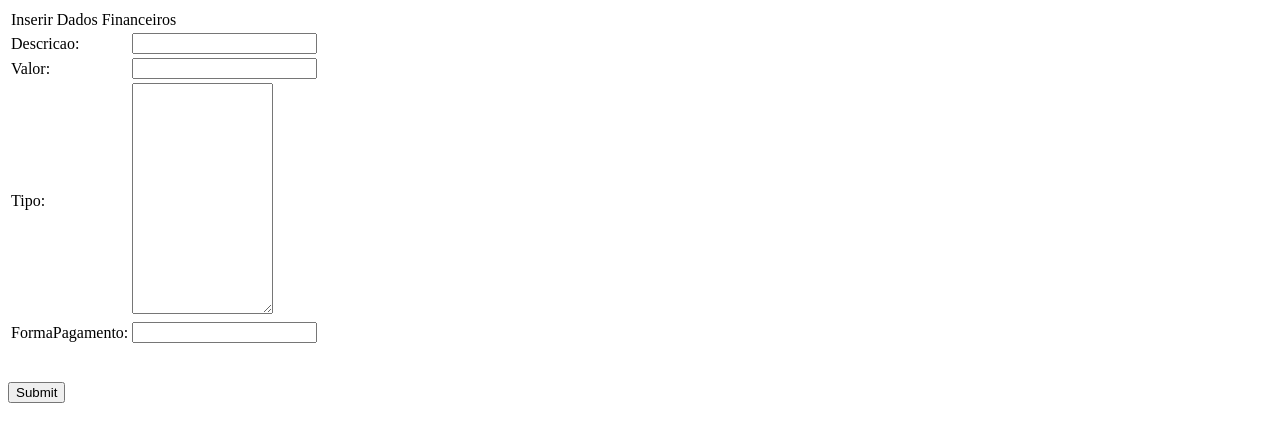
Repository: TadeuN1/PersonalProject-mySQL-eclipseIDE
Page: Movimentacoes/src/main/webapp/InfoMovimentacoes.html
The author's editor kept a copy of each file at every save. The page is drawn from the files as they stood at one save, then again after the next save.
The browser window is 1280 px wide. The pictures show the whole page.

Above is the page before, as saved 2023-06-28 20:14:49.

### Movimentacoes/src/main/webapp/InfoMovimentacoes.html
<!DOCTYPE html>
<html>
<head>
<meta charset="ISO-8859-1">
<title>Especificacao de dados</title>
</head>
<body>


<form method="POST" action="InfoMovimentacoes">
	<table>
		<tr>
			<td colspan="2">Inserir Dados Financeiros</td>
		</tr>
		<tr>
			<td>Descricao:</td>
			<td><input type="text" name="descricao"></td>
		</tr>
		<tr>
			<td>Valor:</td>
			<td><input type="text" name="valor"></td>
		</tr>
		<tr>
			<td>Tipo:</td>
		<td><textarea name="tipo" cols="15"
		rows="15"></textarea></td>
		</tr>
		<tr>
		<td>FormaPagamento:</td>
		<td><input type="text" name="formapagamento"></td>
		</tr>
		</table>
		<br><br>
		<input type="Submit" name="Gravar">
		</form>
		</body>
		</html>

After the next save:
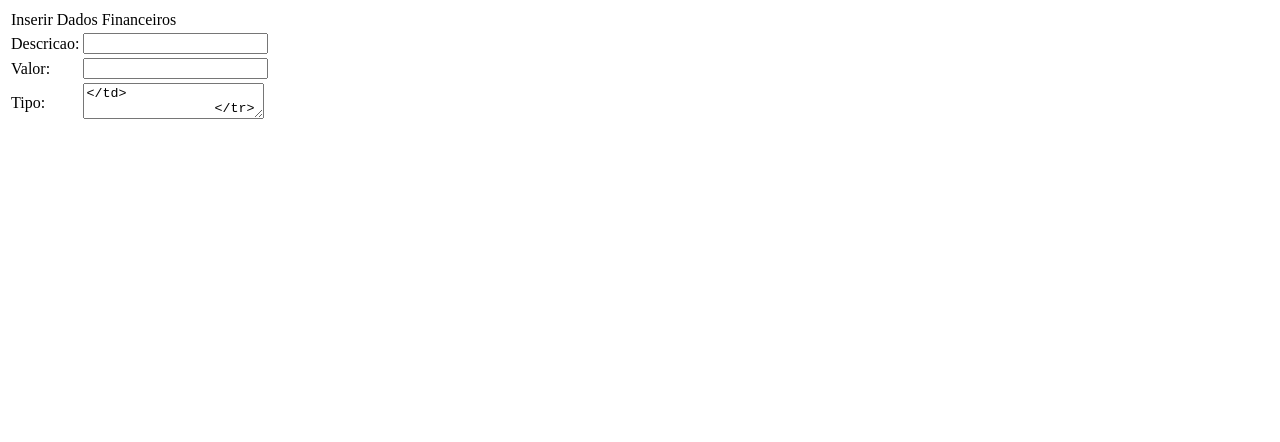
Saved 10 min 19 s later.
--- a/Movimentacoes/src/main/webapp/InfoMovimentacoes.html
+++ b/Movimentacoes/src/main/webapp/InfoMovimentacoes.html
@@ -22,8 +22,7 @@
 		</tr>
 		<tr>
 			<td>Tipo:</td>
-		<td><textarea name="tipo" cols="15"
-		rows="15"></textarea></td>
+		<td><textarea name="tipo"></td>
 		</tr>
 		<tr>
 		<td>FormaPagamento:</td>
